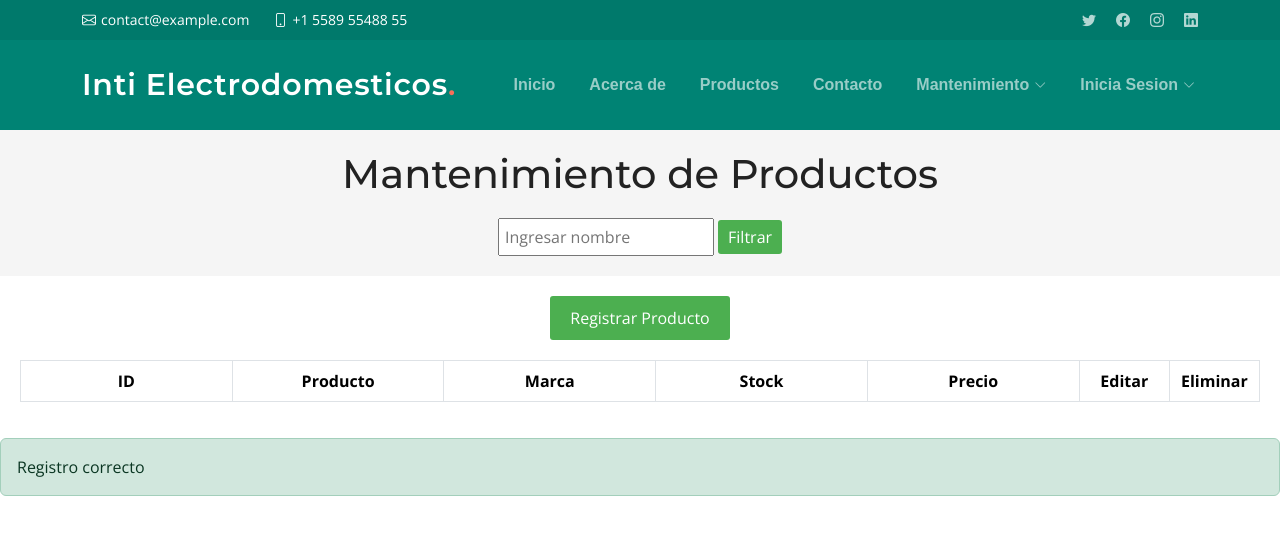
Repository: JReynaldoDelRio/DAWI---IntiElectrdomesticos
Page: http://localhost/mantenimientoProducto
These files come from the project's save history. The page is drawn as it stood at one moment and after the next save; the edit follows.
The browser window is 1280 px wide. The pictures show the whole page.
Some web fonts or font styles are not loaded; a fallback is used. Some web libraries are served in a nearby version. The page is this project's Thymeleaf template; nobody is signed in. The template is opened directly, without the code that normally fills it, so the values that code supplies are empty.

Above is the page before, as saved 2023-06-07 20:47:17.

### IntiElectrodomesticos/src/main/resources/templates/mantenimientoProducto.html
<!DOCTYPE html>
<html xmlns:th="http://www.thymeleaf.org">
<head>
<meta charset="ISO-8859-1">
<meta charset="utf-8">
<meta content="width=device-width, initial-scale=1.0" name="viewport">
<link rel="stylesheet" href="css/producto.css">
<link rel="stylesheet" href="https://cdnjs.cloudflare.com/ajax/libs/bootstrap/5.3.0/css/bootstrap.min.css">

<link href="assets/img/favicon.png" rel="icon">
<link href="assets/img/apple-touch-icon.png" rel="apple-touch-icon">

<link rel="preconnect" href="https://fonts.googleapis.com">
<link rel="preconnect" href="https://fonts.gstatic.com" crossorigin>
<link
	href="https://fonts.googleapis.com/css2?family=Open+Sans:ital,wght@0,300;0,400;0,500;0,600;0,700;1,300;1,400;1,600;1,700&family=Montserrat:ital,wght@0,300;0,400;0,500;0,600;0,700;1,300;1,400;1,500;1,600;1,700&family=Raleway:ital,wght@0,300;0,400;0,500;0,600;0,700;1,300;1,400;1,500;1,600;1,700&display=swap"
	rel="stylesheet">

<link href="assets/vendor/bootstrap/css/bootstrap.min.css"
	rel="stylesheet">
<link href="assets/vendor/bootstrap-icons/bootstrap-icons.css"
	rel="stylesheet">
<link href="assets/vendor/aos/aos.css" rel="stylesheet">
<link href="assets/vendor/glightbox/css/glightbox.min.css"
	rel="stylesheet">
<link href="assets/vendor/swiper/swiper-bundle.min.css" rel="stylesheet">
<link rel="stylesheet"
	href="https://cdn.jsdelivr.net/npm/bootstrap@5.7.1/dist/css/bootstrap.min.css">


<link href="assets/css/main.css" rel="stylesheet">

<title>Mantenimiento Producto</title>
</head>
<body>

	<section id="topbar" class="topbar d-flex align-items-center">
		<div
			class="container d-flex justify-content-center justify-content-md-between">
			<div class="contact-info d-flex align-items-center">
				<i class="bi bi-envelope d-flex align-items-center"><a
					href="mailto:contact@example.com">contact@example.com</a></i> <i
					class="bi bi-phone d-flex align-items-center ms-4"><span>+1
						5589 55488 55</span></i>
			</div>
			<div class="social-links d-none d-md-flex align-items-center">
				<a href="#" class="twitter"><i class="bi bi-twitter"></i></a> <a
					href="#" class="facebook"><i class="bi bi-facebook"></i></a> <a
					href="#" class="instagram"><i class="bi bi-instagram"></i></a> <a
					href="#" class="linkedin"><i class="bi bi-linkedin"></i></i></a>
			</div>
		</div>
	</section>

	<header id="header" class="header d-flex align-items-center">

		<div
			class="container-fluid container-xl d-flex align-items-center justify-content-between">
			<a href="index.html" class="logo d-flex align-items-center"> <!-- <img src="assets/img/logo.png" alt=""> -->
				<h1>
					Inti Electrodomesticos<span>.</span>
				</h1>
			</a>
			<nav id="navbar" class="navbar">
				<ul>
					<li><a href="/inicio">Inicio</a></li>
					<li><a href="#about">Acerca de </a></li>

					<li><a href="#portfolio">Productos</a></li>



					<li><a href="#contact">Contacto</a></li>
					<li class="dropdown"><a href="#"><span>Mantenimiento</span>
							<i class="bi bi-chevron-down dropdown-indicator"></i></a>
						<ul>

							<li class="dropdown"><a href="/mantenimientoProducto"><span>Productos</span>
									<i class="bi bi-chevron-down dropdown-indicator"></i></a></li>
							<li class="dropdown"><a href="#"><span>Cliente</span> <i
									class="bi bi-chevron-down dropdown-indicator"></i></a>
								<ul>
									<li><a href="#">Listar</a></li>
									<li><a href="#">Agregar</a></li>
									<li><a href="#">Eliminar</a></li>
									<li><a href="#">Actualizar</a></li>
								</ul></li>
							<li class="dropdown"><a href="#"><span>Proveedor</span>
									<i class="bi bi-chevron-down dropdown-indicator"></i></a>
								<ul>
									<li><a href="#">Listar</a></li>
									<li><a href="#">Agregar</a></li>
									<li><a href="#">Eliminar</a></li>
									<li><a href="#">Actualizar</a></li>
								</ul></li>
							<li class="dropdown"><a href="#"><span>Factura</span> <i
									class="bi bi-chevron-down dropdown-indicator"></i></a>
								<ul>
									<li><a href="#">Listar</a></li>
									<li><a href="#">Agregar</a></li>
									<li><a href="#">Eliminar</a></li>
									<li><a href="#">Actualizar</a></li>
								</ul></li>


						</ul></li>
					<li class="dropdown"><a href="#"><span>Inicia
								Sesion</span> <i class="bi bi-chevron-down dropdown-indicator"></i></a>
						<ul>

							<li class="dropdown"><a href="#"><span>Ingresar</span> </a>

							</li>
							<li class="dropdown"><a href="#"><span>Registrar</span>
							</a></li>

						</ul></li>

				</ul>
			</nav>

			<i class="mobile-nav-toggle mobile-nav-show bi bi-list"></i> <i
				class="mobile-nav-toggle mobile-nav-hide d-none bi bi-x"></i>

		</div>
	</header>
	<header>
		<h1>Mantenimiento de Productos</h1>
		<div class="filter-form">
			<input type="text" placeholder="Ingresar nombre">
			<button>Filtrar</button>
		</div>
	</header>
	<main>
		<button class="register-button" onclick="openDialog()" href="/cargarProducto">Registrar Producto</button>
		<table class="table table-bordered table-striped text-center">
			<thead>
				<tr>
					<th>ID</th>
					<th>Producto</th>
					<th>Marca</th>
					<th>Stock</th>
					<th>Precio</th>
					<th>Editar</th>
					<th>Eliminar</th>
				</tr>
			</thead>
			<tbody>
				<tr th:each="p : ${listProducto}">
					<td scope="row" th:text="${p.id_prod}">001</td>
					<td th:text="${p.objAlm.nomb_alm}">Producto A</td>
					<td th:text="${p.objMarc.nomb_marc}">Marca A</td>
					<td th:text="${p.stock_prod}">10</td>
					<td th:text="${p.precio_prod}">$19.99</td>
					<td><img src="img/editar.png" alt="Editar"></td>
					<td><img src="img/eliminar.png" alt="Editar"></td>
				</tr>
			</tbody>
		</table>
	</main>
 	<!-- Ventana modal para registrar un nuevo producto -->
    <div id="registroProductoModal" class="modal">
        <!-- Contenido del formulario para registrar el producto -->
        <!-- Botón para enviar el formulario -->
    </div>
    <!-- Dentro de tu formulario o en cualquier parte de tu página -->
		<div id="registroCorrectoAlert" class="alert alert-success" style="display: none;">
 		 Registro correcto
		</div>
	<dialog id="register-dialog">
	<h2>Registro de Producto</h2>
	<form action="/producto/grabar" method="post" th:object="${producto}" id="myForm" onsubmit="return registerProduct()">
		<label for="name">Nombre:</label> <select id="name"
			th:field="*{id_alm}">
			<option value="-1">Seleccione</option>
			 <option th:each="a : ${listAlmacenamiento}"
					th:value="${a.id_alm}"
					th:text="${a.nomb_alm}"></option>
		</select>
		<div id="nameError" class="error-message"></div> <!-- Elemento para mostrar el mensaje de error -->

		 <label for="brand">Marca:</label>
		<select id="brand" th:field="*{id_marc}">
			<option value="-1">Seleccione</option>
			<option th:each="m : ${listMarca}"
					th:value="${m.id_marc}"
					th:text="${m.nomb_marc}"></option>
		</select>
		<div id="brandError" class="error-message"></div> <!-- Elemento para mostrar el mensaje de error -->

		<label for="stock">Stock:</label>
		 <input type="number" step="0.01" id="stock" th:field="*{stock_prod}">
		  <div id="stockError" class="error-message"></div>

		 <label for="price">Precio:</label>
		<input type="number" step="0.01" id="price" th:field="*{precio_prod}">
		 <div id="priceError" class="error-message"></div>

		<button type="submit" onclick="registerProduct()">Registrar</button>

		<button type="button" onclick="closeDialog()">Cancelar</button>
		<br>
		<div th:class="${clase}" role="alert" th:text="${mensaje}"></div>

	</form>
	</dialog>
	<script src="js/producto.js"></script>
</body>
</html>

### IntiElectrodomesticos/src/main/resources/static/css/producto.css
body {
	font-family: Arial, sans-serif;
	margin: 0;
	padding: 0;
}

header {
	background-color: #f5f5f5;
	padding: 20px;
}

h1 {
	text-align: center;
	margin-top: 0;
}

.filter-form {
	text-align: center;
	margin-top: 20px;
}

.filter-form input[type="text"] {
	padding: 5px;
}

.filter-form button {
	padding: 5px 10px;
	background-color: #4CAF50;
	color: white;
	border: none;
	border-radius: 3px;
	cursor: pointer;
}

main {
	padding: 20px;
	display: flex;
	flex-direction: column;
	align-items: center;
}

.register-button {
	padding: 10px 20px;
	background-color: #4CAF50;
	color: white;
	border: none;
	border-radius: 3px;
	cursor: pointer;
	margin-bottom: 20px;
}

table {
	margin: 0 auto; /* Centrar la tabla horizontalmente */
	max-width: 1400px; /* Ancho máximo de la tabla */
	width: 100%;
	table-layout: fixed; /* Fijar el ancho de las columnas */
}

th, td {
	padding: 10px;
	text-align: center;
	border-bottom: 1px solid #ddd;
}

th {
	background-color: #f5f5f5;
}

tbody tr:hover {
	background-color: #f9f9f9;
}

th:nth-child(6), td:nth-child(6), th:nth-child(7), td:nth-child(7) {
	width: 7.28%; /* Tamaño de cada columna (100% / 7) */
}

img {
	width: 40px;
	height: 40px;
}

dialog {
	border: none;
	padding: 20px;
	width: 400px;
	background-color: #f5f5f5;
	position: fixed;
	top: 50%;
	left: 30%;
	transform: translate(-50%, -50%);
}

dialog h2 {
	margin-top: 0;
	font-size: 24px;
	color: #4CAF50;
	border-bottom: 2px solid #4CAF50;
	text-align: center;
	padding-bottom: 10px;
}

dialog form {
	display: flex;
	flex-direction: column;
}

dialog label {
	margin-bottom: 5px;
}

dialog input, dialog select {
	margin-bottom: 10px;
	padding: 5px;
}

dialog button {
	padding: 5px 10px;
	background-color: #4CAF50;
	color: white;
	border: none;
	border-radius: 3px;
	cursor: pointer;
	margin-top: 10px;
}

.error-message {
	color: red;
	font-size: 14px;
	margin-top: 0px;

}

Loaded but not shown: IntiElectrodomesticos/src/main/resources/static/js/producto.js (74 lines, source omitted); IntiElectrodomesticos/src/main/resources/static/assets/css/main.css (2669 lines, source omitted)

After the next save:
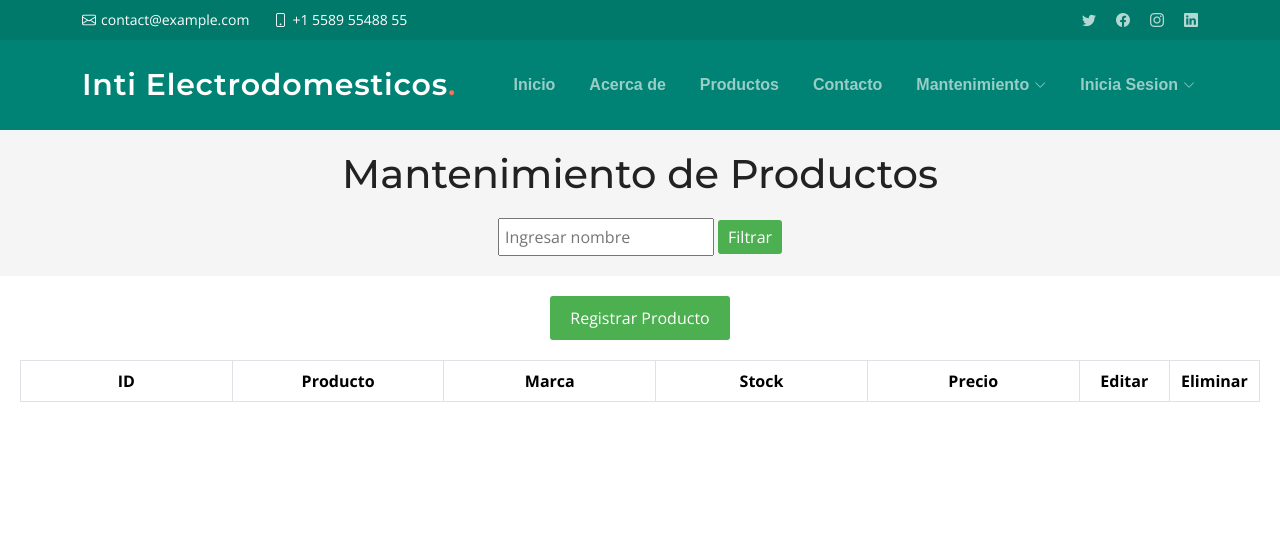
Console error: TypeError: Cannot read properties of null (reading 'style')
Saved 69 s later.
--- a/IntiElectrodomesticos/src/main/resources/templates/mantenimientoProducto.html
+++ b/IntiElectrodomesticos/src/main/resources/templates/mantenimientoProducto.html
@@ -158,15 +158,7 @@
 			</tbody>
 		</table>
 	</main>
- 	<!-- Ventana modal para registrar un nuevo producto -->
-    <div id="registroProductoModal" class="modal">
-        <!-- Contenido del formulario para registrar el producto -->
-        <!-- Botón para enviar el formulario -->
-    </div>
-    <!-- Dentro de tu formulario o en cualquier parte de tu página -->
-		<div id="registroCorrectoAlert" class="alert alert-success" style="display: none;">
- 		 Registro correcto
-		</div>
+
 	<dialog id="register-dialog">
 	<h2>Registro de Producto</h2>
 	<form action="/producto/grabar" method="post" th:object="${producto}" id="myForm" onsubmit="return registerProduct()">
